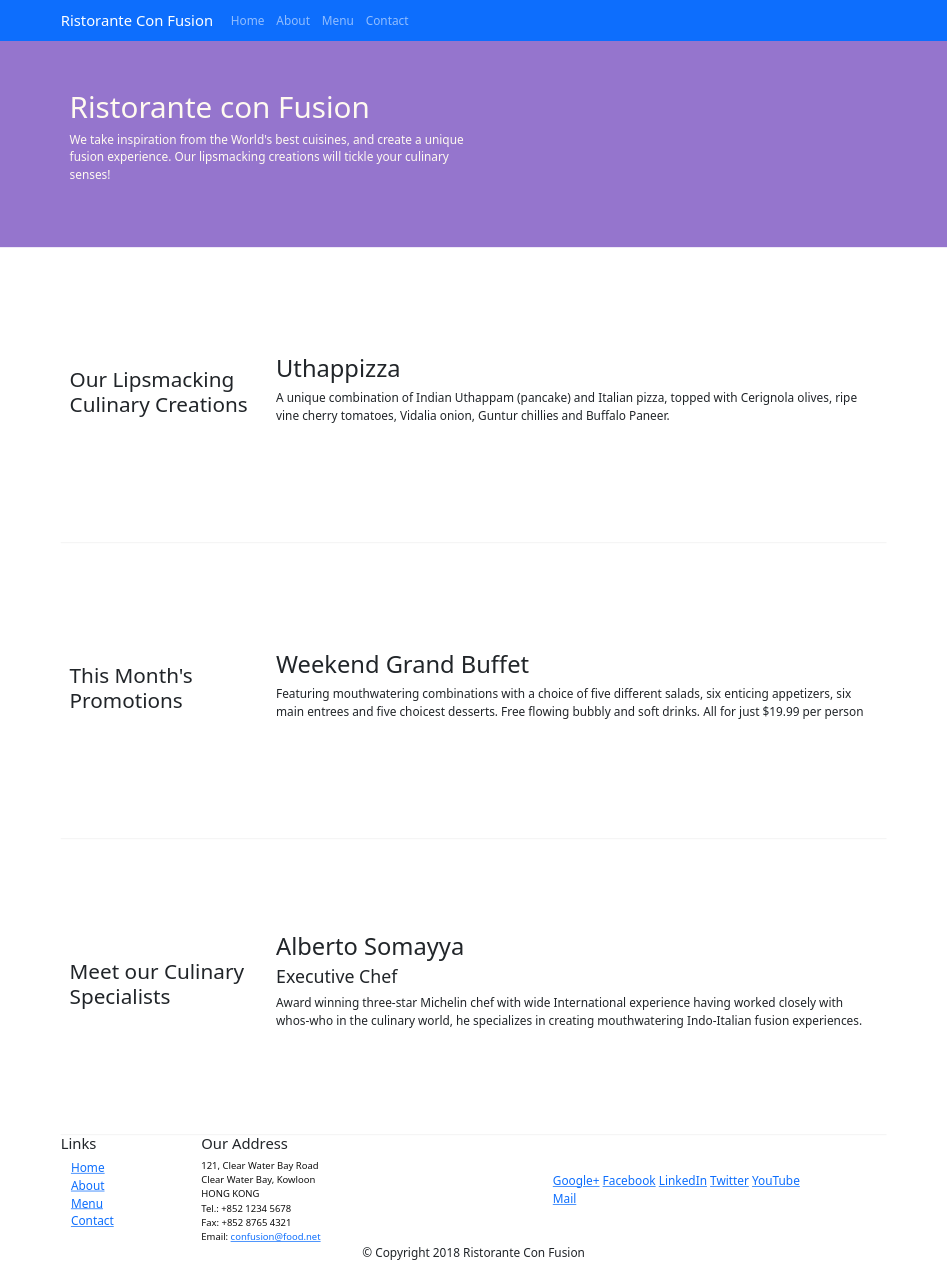
Repository: DungBuiTuan/FER201m
Page: aboutus.html
The author's editor kept a copy of each file at every save. The page is drawn from the files as they stood at one save, then again after the next save.
The browser window is 1280 px wide. The pictures show the whole page, at 74% of full size.
Some web libraries are served in a nearby version.

Above is the page before, as saved 2023-05-17 08:13:26.

After the next save:
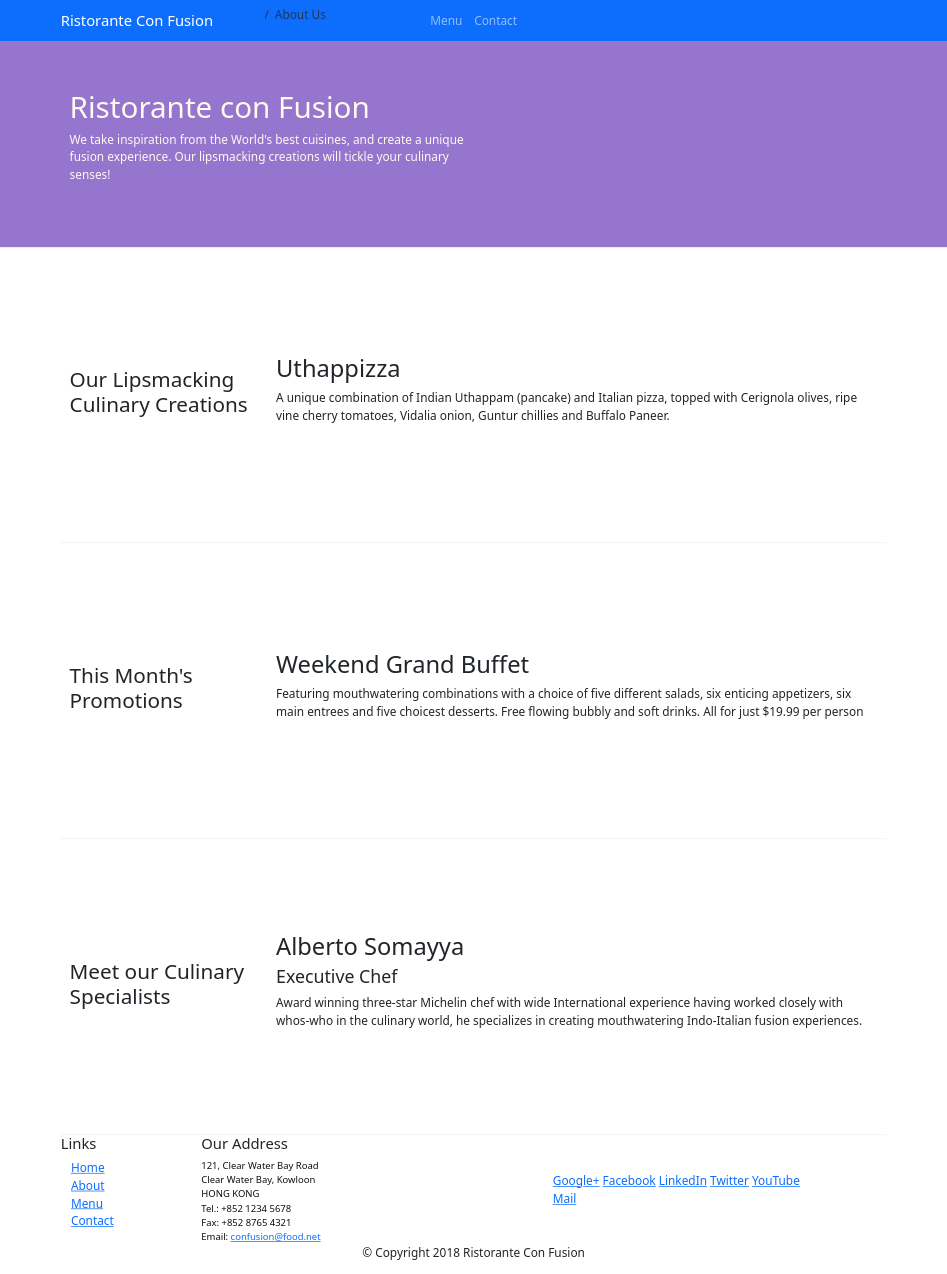
Saved 46 s later.
--- a/aboutus.html
+++ b/aboutus.html
@@ -32,10 +32,11 @@
         <a class="navbar-brand" href="/index.html">Ristorante Con Fusion</a>
         <div class="collase navbar-collapse" id="Navbar">
             <ul class="navbar-nav mr-auto">
-                <li class="nav-item active"><a class="nav-link" href="./index.html">Home</a></li>
-                <li class="nav-item">
-                  <a class="nav-link" href="./aboutus.html">About</a>
-                </li>
+                <ol class="col-12 breadcrumb">
+                    <li class="breadcrumb-item"><a href="./index.html">Home</a></li>
+                    <li class="breadcrumb-item active">About Us</li>
+    </ol>
+
                 <li class="nav-item"><a class="nav-link" href="#">Menu</a></li>
                 <li class="nav-item"><a class="nav-link" href="#">Contact</a></li>
               </ul>
